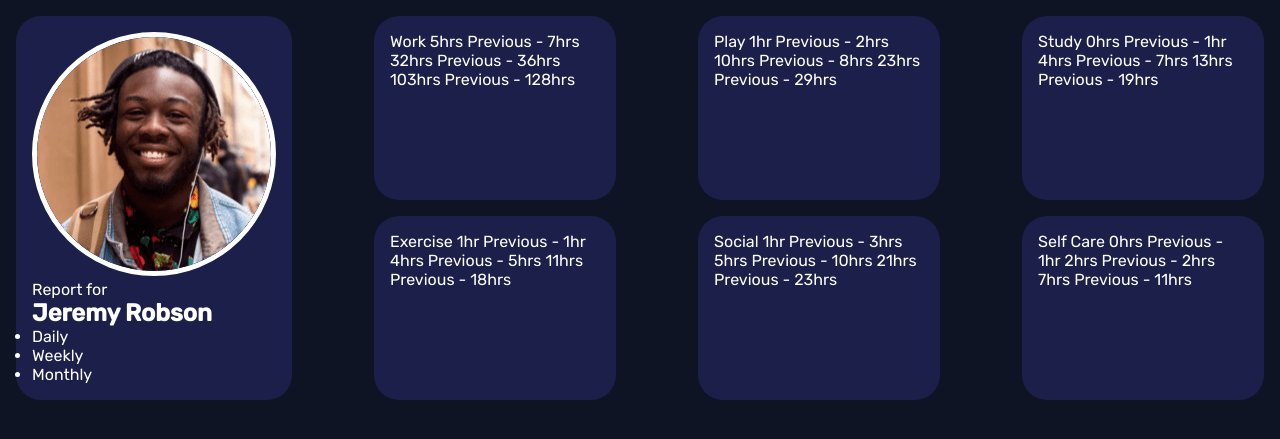
Repository: 3mr-5aled/time-tracking-dashboard-Junior
Page: index.html
An editor plug-in stored every save of this project. The page is shown before and after the next save, followed by the edit.
The browser window is 1280 px wide. The pictures show the whole page.

Above is the page before, as saved 2022-12-27 15:40:12.

### index.html
<!DOCTYPE html>
<html lang="en">
  <head>
    <meta charset="UTF-8" />
    <meta name="viewport" content="width=device-width, initial-scale=1.0" />
    <!-- displays site properly based on user's device -->

    <link
      rel="icon"
      type="image/png"
      sizes="32x32"
      href="./images/favicon-32x32.png"
    />
    <link rel="stylesheet" href="style.css" />

    <title>Frontend Mentor | Time tracking dashboard</title>

    <!-- Feel free to remove these styles or customise in your own stylesheet 👍 -->
    <style>
      .attribution {
        display: none;
        font-size: 11px;
        text-align: center;
      }
      .attribution a {
        color: hsl(228, 45%, 44%);
      }
    </style>
  </head>
  <body>
    <div class="main">
      <div class="user">
        <img src="images/image-jeremy.png" alt="userFace" />
        <p>Report for</p>
        <h2>Jeremy Robson</h2>
        <div class="filter">
          <ul>
            <li>Daily</li>
            <li>Weekly</li>
            <li>Monthly</li>
          </ul>
        </div>
      </div>
      <div class="work">
        Work 5hrs
        <!-- daily -->
        Previous - 7hrs
        <!-- daily -->
        32hrs
        <!-- weekly -->
        Previous - 36hrs
        <!-- weekly -->
        103hrs
        <!-- monthly -->
        Previous - 128hrs
        <!-- monthly -->
      </div>
      <div class="play">
        Play 1hr
        <!-- daily -->
        Previous - 2hrs
        <!-- daily -->
        10hrs
        <!-- weekly -->
        Previous - 8hrs
        <!-- weekly -->
        23hrs
        <!-- monthly -->
        Previous - 29hrs
        <!-- monthly -->
      </div>
      <div class="study">
        Study 0hrs
        <!-- daily -->
        Previous - 1hr
        <!-- daily -->
        4hrs
        <!-- weekly -->
        Previous - 7hrs
        <!-- weekly -->
        13hrs
        <!-- monthly -->
        Previous - 19hrs
        <!-- monthly -->
      </div>

      <div class="exercise">
        Exercise 1hr
        <!-- daily -->
        Previous - 1hr
        <!-- daily -->
        4hrs
        <!-- weekly -->
        Previous - 5hrs
        <!-- weekly -->
        11hrs
        <!-- monthly -->
        Previous - 18hrs
        <!-- monthly -->
      </div>

      <div class="social">
        Social 1hr
        <!-- daily -->
        Previous - 3hrs
        <!-- daily -->
        5hrs
        <!-- weekly -->
        Previous - 10hrs
        <!-- weekly -->
        21hrs
        <!-- monthly -->
        Previous - 23hrs
        <!-- monthly -->
      </div>
      <div class="selfCare">
        Self Care 0hrs
        <!-- daily -->
        Previous - 1hr
        <!-- daily -->
        2hrs
        <!-- weekly -->
        Previous - 2hrs
        <!-- weekly -->
        7hrs
        <!-- monthly -->
        Previous - 11hrs
        <!-- monthly -->
      </div>
    </div>
    <div class="attribution">
      Challenge by
      <a href="https://www.frontendmentor.io?ref=challenge" target="_blank"
        >Frontend Mentor</a
      >. Coded by <a href="#">3mr 5aled</a>.
    </div>
  </body>
</html>

### style.css
@import url("https://fonts.googleapis.com/css2?family=Rubik:wght@300;400;500&display=swap");

* {
  box-sizing: border-box;
  padding: 0;
  margin: 0;
  font-family: "Rubik", sans-serif;
}

:root {
  /* Primary colors */
  --blue: hsl(246, 80%, 60%);
  --light-red: hsl(15, 100%, 70%); /*(work)*/
  --soft-blue: hsl(195, 74%, 62%); /*(play)*/
  --light-red: hsl(348, 100%, 68%); /*(study)*/
  --lime-green: hsl(145, 58%, 55%); /*(exercise)*/
  --violet: hsl(264, 64%, 52%); /*(social)*/
  --soft-orange: hsl(43, 84%, 65%); /*(self care)*/

  /* Neutral colors */
  --very-dark-blue: hsl(226, 43%, 10%);
  --dark-blue: hsl(235, 46%, 20%);
  --desaturated-blue: hsl(235, 45%, 61%);
  --pale-blue: hsl(236, 100%, 87%);

  /* card font size */
  --fs-card: 18px;

  /* media quires */
  --mobile-view: 375px;
  --desktop-view: 1440px;
}

body {
  background-color: var(--very-dark-blue);
  color: white;
}

.main {
  display: grid;
  grid-template-columns: repeat(4, 1fr);
  grid-template-rows: repeat(2, 1fr);
  grid-template-areas:
    "user work play study"
    "user exercise social selfCare";
  grid-column-gap: 50px;
  /* grid-row-gap: 50px; */
}

.user,
.work,
.play,
.study,
.exercise,
.social,
.selfCare {
  background: var(--dark-blue);
  border-radius: 25px;
  padding: 1rem;
  margin-top: 1rem;
  margin-right: 1rem;
  margin-left: 1rem;
}

.user {
  grid-area: user;
}
img {
  border: 5px solid white;
  border-radius: 50%;
}

.work {
  grid-area: work;
}
.play {
  grid-area: play;
}
.study {
  grid-area: study;
}
.exercise {
  grid-area: exercise;
}
.social {
  grid-area: social;
}
.selfCare {
  grid-area: selfCare;
}

@media screen and (max-width: 375px) {
  .main {
    grid-template-columns: 1fr;
    grid-template-rows: repeat(7, 1fr);
    grid-template-areas:
      "user"
      "work"
      "play"
      "study"
      "exercise"
      "social"
      "selfCare";
  }
}

After the next save:
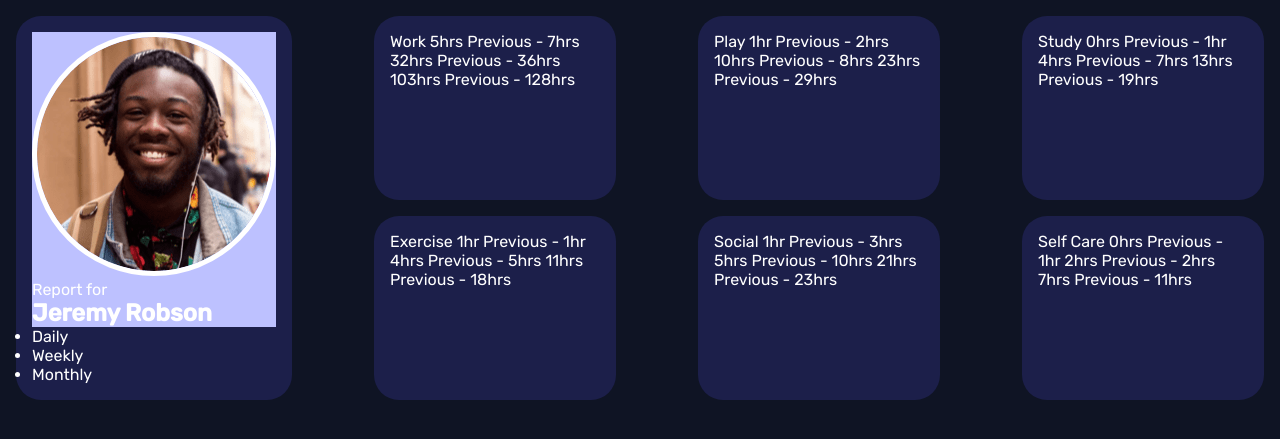
Saved 81 s later.
--- a/index.html
+++ b/index.html
@@ -30,9 +30,11 @@
   <body>
     <div class="main">
       <div class="user">
-        <img src="images/image-jeremy.png" alt="userFace" />
-        <p>Report for</p>
-        <h2>Jeremy Robson</h2>
+        <div class="userData">
+          <img src="images/image-jeremy.png" alt="userFace" />
+          <p>Report for</p>
+          <h2>Jeremy Robson</h2>
+        </div>
         <div class="filter">
           <ul>
             <li>Daily</li>
--- a/style.css
+++ b/style.css
@@ -65,6 +65,9 @@ body {
 .user {
   grid-area: user;
 }
+.userData {
+  background: var(--pale-blue);
+}
 img {
   border: 5px solid white;
   border-radius: 50%;
